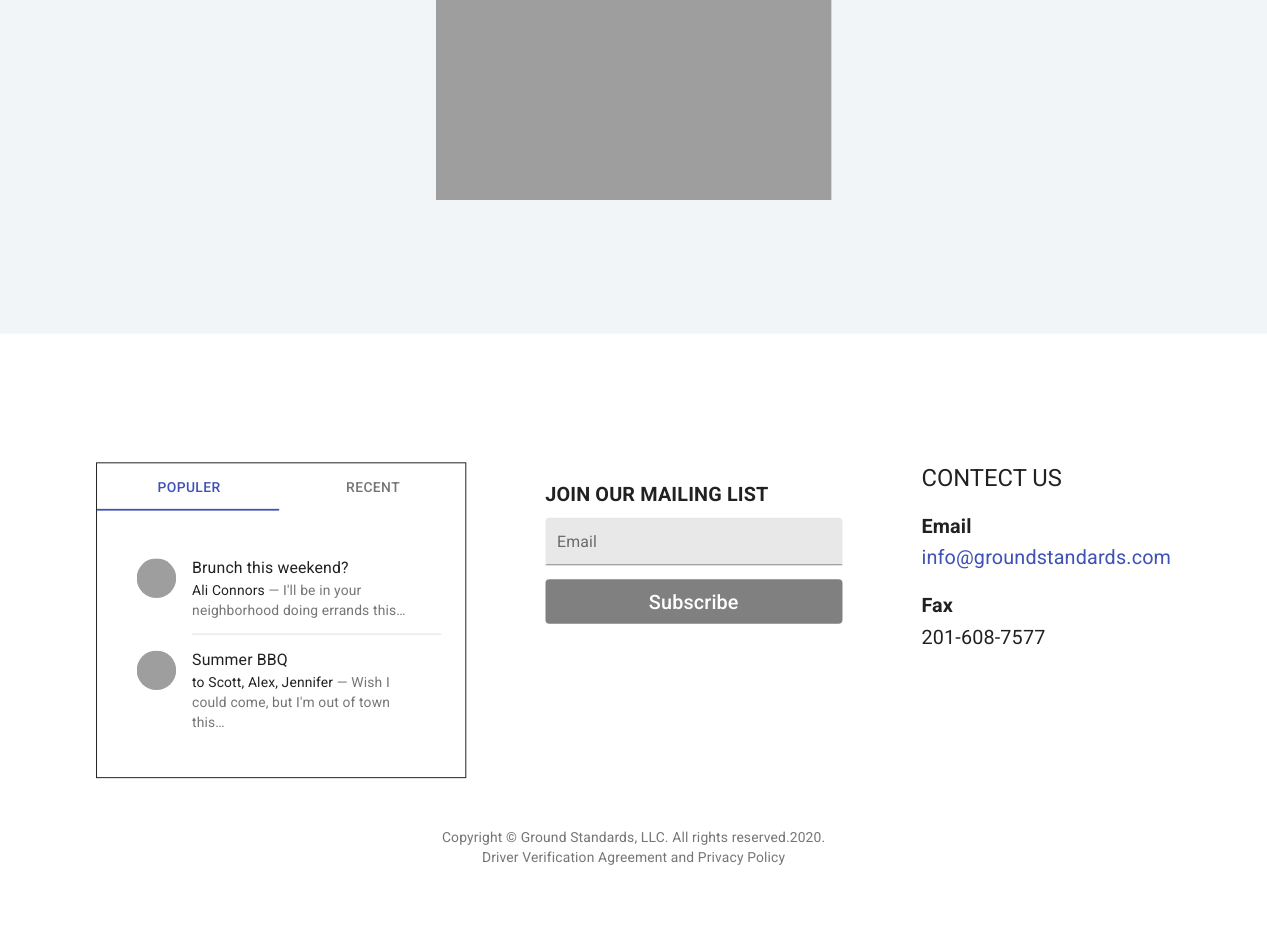
Repository: vinuvish/groundstandards_react
Page: /ourSolution
The author's editor kept a copy of each file at every save. The page is drawn from the files as they stood at one save, then again after the next save.
The browser window is 1280 px wide. The pictures show the part of the page from y = 300 to 1256 px (the page is 1256 px tall), at 99% of full size.
Pictures or frames that could not be fetched are drawn as grey boxes. The page's requests for data from a server got no answer. The project was rebuilt for these pictures with package versions that can differ from the ones it lists, and the page was loaded fresh each time. No one was signed in, and anything a server would have sent is missing. Also part of the build but not shown: src/pages/app/NotFoundPage.tsx, src/pages/app/SignUpPage.tsx, src/pages/app/AboutPage.tsx, src/pages/app/OurPartnerPage.tsx, src/pages/app/ResourcePage.tsx, src/pages/app/PressPage.tsx, src/pages/app/BlockPage.tsx, src/pages/app/ContactPage.tsx and 4 more. Imported but missing from the stored project, and not drawn on this page: src/assets/video/video-2.mp4.

Above is the page before, as saved 2020-12-02 22:53:01.

### public/index.html
<!DOCTYPE html>
<html lang="en">
  <head>
    <meta charset="utf-8" />
    <link rel="icon" href="%PUBLIC_URL%/favicon.png" />
    <meta name="viewport" content="width=device-width, initial-scale=1" />
    <meta name="theme-color" content="#000000" />
    <meta name="description" content="Web site created using create-react-app" />
    <link rel="apple-touch-icon" href="%PUBLIC_URL%/logo192.png" />
    <link rel="stylesheet" href="https://fonts.googleapis.com/css?family=Roboto:300,400,500,700&display=swap" />
    <link rel="stylesheet" href="https://fonts.googleapis.com/icon?family=Material+Icons" />
    <!--
      manifest.json provides metadata used when your web app is installed on a
      user's mobile device or desktop. See https://developers.google.com/web/fundamentals/web-app-manifest/
    -->
    <link rel="manifest" href="%PUBLIC_URL%/manifest.json" />
    <!--
      Notice the use of %PUBLIC_URL% in the tags above.
      It will be replaced with the URL of the `public` folder during the build.
      Only files inside the `public` folder can be referenced from the HTML.

      Unlike "/favicon.ico" or "favicon.ico", "%PUBLIC_URL%/favicon.ico" will
      work correctly both with client-side routing and a non-root public URL.
      Learn how to configure a non-root public URL by running `npm run build`.
    -->
    <title>Ground Standard</title>
  </head>
  <body>
    <noscript>You need to enable JavaScript to run this app.</noscript>
    <div id="root"></div>
    <!--
      This HTML file is a template.
      If you open it directly in the browser, you will see an empty page.

      You can add webfonts, meta tags, or analytics to this file.
      The build step will place the bundled scripts into the <body> tag.

      To begin the development, run `npm start` or `yarn start`.
      To create a production bundle, use `npm run build` or `yarn build`.
    -->
  </body>
</html>

### src/App.tsx
import { CssBaseline, MuiThemeProvider, StylesProvider } from '@material-ui/core';
import { SnackbarProvider } from 'notistack';
import React from 'react';
import { theme } from './app_utils/MuiTheme';
import AppRouterRoutes from './AppRoutes';
import { useAppStore } from './models_stores/appStore';

function App() {
  const streamAuthUser = useAppStore((state) => state.streamAuthUser);
  const streamProducts = useAppStore((state) => state.streamDocuments);
  const streamCategories = useAppStore((state) => state.streamNotifications);
  const streamUsers = useAppStore((state) => state.streamUsers);

  React.useEffect(() => {
    streamAuthUser();
    streamCategories();
    streamUsers();
    streamProducts();
  }, []); // eslint-disable-line

  return (
    <SnackbarProvider maxSnack={3} anchorOrigin={{ vertical: 'bottom', horizontal: 'right' }}>
      <MuiThemeProvider theme={theme}>
        <CssBaseline />
        <StylesProvider injectFirst>
          <AppRouterRoutes></AppRouterRoutes>
        </StylesProvider>
      </MuiThemeProvider>
    </SnackbarProvider>
  );
}

export default App;

### src/app_utils/MuiTheme.tsx
import { createMuiTheme } from '@material-ui/core/styles';
import { BreakpointOverrides } from '@material-ui/core/styles/createBreakpoints';
import { Shadows } from '@material-ui/core/styles/shadows';

declare module '@material-ui/core/styles/createBreakpoints' {
  interface BreakpointOverrides {
    xs: true;
    sm: true;
    md: true;
    lg: true;
    xl: true;
    tablet: true;
    laptop: true;
    desktop: true;
  }
}

export const theme = createMuiTheme({
  breakpoints: {
    values: { xs: 0, sm: 600, md: 960, lg: 1280, xl: 1920, tablet: 400, laptop: 900, desktop: 1200 }
  },

  shadows: Array(25).fill('none') as Shadows,

  props: {
    MuiInput: { disableUnderline: true },
    MuiButton: { disableElevation: true },
    MuiButtonBase: { disableRipple: true },
    MuiPaper: { elevation: 0 },
    MuiCard: { elevation: 0 },
    MuiDivider: { color: 'white' },
    MuiOutlinedInput: {}
  },
  overrides: {
    MuiPaper: {
      root: {
        elevation: 0
      }
    },
    MuiCard: {
      root: {
        elevation: 0
      }
    },
    MuiButton: {
      root: {
        textTransform: 'capitalize'
      }
    }
  },
  palette: {
    background: {
      default: '#F2F5F7'
    }
  }
});

export const breakpoint = {
  xs: `(min-width: 0px)`,
  sm: `(min-width: 576px)`,
  md: `(min-width: 768px)`,
  lg: `(min-width: 992px)`,
  xl: `(min-width: 1200px)`
};

### src/AppRoutes.tsx
import { Container, createStyles, Grid, makeStyles, Theme } from '@material-ui/core';
import React from 'react';
import { Route, Router, Switch } from 'react-router-dom';
import ZAppBar from './components/ZAppBar';
import ZAppBarDrawer from './components/ZAppBarDrawer';
import NotFoundPage from './pages/app/NotFoundPage';
import SignUpPage from './pages/app/SignUpPage';
import history from './app_utils/History';
import AboutPage from './pages/app/AboutPage';
import OurSolutionPage from './pages/app/OurSolutionPage';
import OurPartnerPage from './pages/app/OurPartnerPage';
import ResourcePage from './pages/app/ResourcePage';
import PressPage from './pages/app/PressPage';
import BlockPage from './pages/app/BlockPage';
import ContactPage from './pages/app/ContactPage';
import AppHomePage from './pages/app/AppHomePage';
import ZFooter from './components/ZFooter';

const AppRouterRoutes = () => {
  const classes = useStyles();

  return (
    <Router history={history}>

      <ZAppBar />
      <Switch>{[AppRoutes]}</Switch>
      <ZFooter />
    </Router>


  );
};


const AppRoutes = [
  <Route exact path='/' component={AppHomePage} />,
  <Route exact path='/aboutUs' component={AboutPage} />,
  <Route exact path='/signUp' component={SignUpPage} />,
  <Route exact path='/ourSolution' component={OurSolutionPage} />,
  <Route exact path='/ourPartner' component={OurPartnerPage} />,
  <Route exact path='/resource' component={ResourcePage} />,
  <Route exact path='/press' component={PressPage} />,
  <Route exact path='/blog' component={BlockPage} />,
  <Route exact path='/contact' component={ContactPage} />,
  <Route component={NotFoundPage} />
];

const useStyles = makeStyles((theme: Theme) =>
  createStyles({
    grid: {
      display: 'flex'
    },
    containerAuthenticated: {
      margin: 'auto',
      marginTop: 68,
      padding: 20,
      width: `calc(100% - 240px)`,
      [theme.breakpoints.down('md')]: {
        width: '100%'
      }
    },
    containerUnauthenticated: {}
  })
);

export default AppRouterRoutes;

### src/models_stores/appStore.ts
import { mountStoreDevtool } from 'simple-zustand-devtools';
import create from 'zustand';
import { fireAuth, fireFirestore } from '../firebase/firebase';
import { AuthUser } from '../models/AuthUserModel';
import { DocumentModel } from '../models/DocumentModel';
import { NotificationModel } from '../models/NotificationModel';

type State = {
  documents: DocumentModel[];
  streamDocuments: () => void;

  notifications: NotificationModel[];
  streamNotifications: () => void;

  users: AuthUser[];
  streamUsers: () => void;

  isInitializing?: boolean;
  authUser: AuthUser | null;
  streamAuthUser: () => void;
};

export const useAppStore = create<State>((set, get) => ({
  /* ------------------------------ NOTE AUTHUSER ----------------------------- */
  isInitializing: true,
  authUser: null,

  streamAuthUser: () => {
    fireAuth.onAuthStateChanged(async (user) => {
      if (user) {
        const query = await fireFirestore.collection('users').doc(user.uid).get();

        const authUser = AuthUser.fromFirestore(query);

        set((state) => {
          return { ...state, authUser: authUser, isInitializing: false };
        });
      } else {
        set((state) => {
          return { ...state, authUser: null, isInitializing: false };
        });
      }
    });
  },

  /* ------------------------------ NOTE Users ----------------------------- */
  users: [],

  streamUsers: () => {
    if (get().users.length === 0)
      fireFirestore.collection('users').onSnapshot((querySnapshot: firebase.firestore.QuerySnapshot<firebase.firestore.DocumentData>) => {
        let users: AuthUser[] = [];
        querySnapshot.docs.forEach((docSnapshot) => {
          const res = AuthUser.fromFirestore(docSnapshot);
          if (res) users.push(res);
        });

        set((state) => {
          return { ...state, users: users };
        });
      });
  },
  /* ------------------------------ NOTE PRODUCTS ----------------------------- */
  documents: [],

  streamDocuments: () => {
    if (get().documents.length === 0)
      fireFirestore
        .collection('documents')
        .limit(200)
        .onSnapshot((querySnapshot: firebase.firestore.QuerySnapshot<firebase.firestore.DocumentData>) => {
          let documents: DocumentModel[] = [];

          querySnapshot.docs.forEach((docSnapshot) => {
            const res = DocumentModel.fromFirestore(docSnapshot);
            if (res) documents.push(res);
          });

          set((state) => {
            return { ...state, documents: documents };
          });
        });
  },

  notifications: [],
  streamNotifications: () => {
    if (get().notifications.length === 0)
      fireFirestore.collection('notifications').onSnapshot((querySnapshot: firebase.firestore.QuerySnapshot<firebase.firestore.DocumentData>) => {
        let notifications: NotificationModel[] = [];

        querySnapshot.docs.forEach((docSnapshot) => {
          const res = NotificationModel.fromFirestore(docSnapshot);
          if (res) notifications.push(res);
        });

        set((state) => {
          return { ...state, notifications: notifications };
        });
      });
  }
}));

if (process.env.NODE_ENV === 'development') {
  mountStoreDevtool('Store', useAppStore);
}

### src/app_utils/History.tsx
import { createBrowserHistory } from 'history';
export default createBrowserHistory({});

### src/pages/app/OurSolutionPage.tsx
import * as React from 'react';
import { makeStyles, Theme } from '@material-ui/core/styles';
import { Box, Grid, Typography } from '@material-ui/core';

interface Props { }

const OurSolutionPage: React.FC<Props> = () => {
    const classes = useStyles();
    return (
        <div className={classes.root}>
            <Grid container className={classes.grid} direction='column'>
                <Grid item xs={12}>
                    <Typography variant="h2">
                        <Box fontWeight={600} justifyContent='center' >
                            THE #1 SOLUTION
               </Box>
                    </Typography>
                </Grid>

                <Grid item xs={12}>
                    <div>
                        <img src='http://groundstandards.com/wp-content/uploads/compliance.png'></img>

                    </div>

                </Grid>
            </Grid>

        </div>


    );
};

const useStyles = makeStyles((theme: Theme) => ({
    root: {
        width: '100vW',
        padding: theme.spacing(10, 20),
    }, grid: {
        padding: '50px',
        justifyContent: 'center',
        alignItems: 'center',
    },
}));

OurSolutionPage.defaultProps = {};

export default OurSolutionPage;

### src/firebase/firebase.tsx
import firebase from 'firebase/app';
import 'firebase/firestore';
import 'firebase/auth';
import 'firebase/storage';

const firebaseConfig = {
  apiKey: 'AIzaSyBWf1JYtcld5rEhou2YyANxAtl20AylP80',
  authDomain: 'groundstandards-8a1dd.firebaseapp.com',
  databaseURL: 'https://groundstandards-8a1dd.firebaseio.com',
  projectId: 'groundstandards-8a1dd',
  storageBucket: 'groundstandards-8a1dd.appspot.com',
  messagingSenderId: '137110708999',
  appId: '1:137110708999:web:ab0b42be7878425a805ba2',
  measurementId: 'G-V8H0LZB9DH'
};

if (!firebase.apps.length) firebase.initializeApp(firebaseConfig);

const firestore = firebase.firestore();
const auth = firebase.auth();

export { firebase as fireFirebase, firestore as fireFirestore, auth as fireAuth };

### src/models/AuthUserModel.ts
export class AuthUser implements IAuthUser {
  email: string;
  firstName: string;
  id: string;
  lastName: string;
  isActive: boolean;
  isAdmin: boolean;
  timestampAdded: Date;
  timestampLastLogin: Date;

  constructor(x: IAuthUser) {
    this.email = x.email;
    this.firstName = x.firstName;
    this.id = x.id;
    this.lastName = x.lastName;
    this.isActive = x.isActive;
    this.isAdmin = x.isAdmin;
    this.timestampAdded = x.timestampAdded;
    this.timestampLastLogin = x.timestampLastLogin;
  }

  static fromFirestore(doc: firebase.firestore.DocumentSnapshot<firebase.firestore.DocumentData>): AuthUser | null {
    const data = doc.data();
    if (!data) return null;

    return new AuthUser({
      email: data['email'] ?? '',
      firstName: data['firstName'] ?? '',
      id: doc.id,
      lastName: data['lastName'] ?? '',
      isActive: data['isActive'] ?? true,
      isAdmin: data['isAdmin'] ?? false,
      timestampAdded: data['timestampAdded']?.toDate() ?? new Date(),
      timestampLastLogin: data['timestampLastLogin']?.toDate() ?? new Date()
    });
  }

  getFullName(): string {
    return `${this.firstName} ${this.lastName}`;
  }
}

interface IAuthUser {
  email: string;
  firstName: string;
  id: string;
  lastName: string;
  isActive: boolean;
  isAdmin: boolean;
  timestampAdded: Date;
  timestampLastLogin: Date;
}
export interface IAuthUserRegister {
  email: string;
  firstName: string;
  lastName: string;
  password: string;
  isAdmin: boolean;
}

export interface IAuthUserUpdate {
  id: string;
  firstName: string;
  lastName: string;
  isActive: boolean;
  isAdmin: boolean;
}

### src/models/NotificationModel.ts
export class NotificationModel implements IEventModel {
  body: string;
  title: string;
  linkUrl: string;
  id: string;
  timestampAdded: Date;

  constructor(x: IEventModel) {
    {
      this.id = x.id;
      this.linkUrl = x.linkUrl;
      this.body = x.body;
      this.timestampAdded = x.timestampAdded;
      this.title = x.title;
    }
  }

  static fromFirestore(doc: firebase.firestore.DocumentSnapshot<firebase.firestore.DocumentData>): NotificationModel | null {
    const data = doc.data();
    if (!data) return null;
    return new NotificationModel({
      body: data['body'] ?? '',
      id: doc.id,
      linkUrl: data['linkUrl'] ?? '',
      timestampAdded: data['timestampAdded']?.toDate() ?? Date.now(),
      title: data['title'] ?? ''
    });
  }
}

interface IEventModel {
  body: string;
  title: string;
  linkUrl: string;
  id: string;
  timestampAdded: Date;
}

### src/components/ZTextFromField.tsx
import * as React from 'react';
import { makeStyles, TextField, Theme } from '@material-ui/core';
import { Controller, FieldError, Control } from 'react-hook-form';

interface Props {
  label: string;
  defaultValue?: string;
  className?: string;
  control: Control;
  error?: FieldError | undefined;
  name: string;
  rules?: any;
  rows?: number;
  type?: string;
  disabled?: boolean;
  variant?: 'standard' | 'filled' | 'outlined' | undefined;
}

const ZTextFormField: React.FC<Props> = ({ label, defaultValue, className, control, name, rules, rows, type, variant, error, disabled }) => {
  const classes = useStyles();
  return (
    <div key={name} className={className}>
      <Controller
        key={name}
        as={
          <TextField
            InputProps={{
              classes: { root: classes.root }
            }}
            disabled={disabled ?? false}
            name={name}
            error={error?.message ? true : false}
            helperText={error?.message ? error.message : undefined}
            fullWidth
            margin='dense'
            multiline={type ? false : true}
            rows={type ? undefined : rows}
            type={type}
            variant={(variant ?? 'outlined') as any}
          />
        }
        rules={rules ?? { required: 'This field is required' }}
        autoComplete='false'
        label={label}
        name={name}
        control={control}
        defaultValue={defaultValue ?? ''}
      />
    </div>
  );
};

const useStyles = makeStyles((theme: Theme) => ({
  root: {
    borderRadius: '4px'
  }
}));

ZTextFormField.defaultProps = {};

export default ZTextFormField;

// rules={register({
//             required: true,
//             pattern: {
//               value: /^[A-Z0-9._%+-]+@[A-Z0-9.-]+\.[A-Z]{2,}$/i,
//               message: 'Invalid email address',
//             },
//           })}

### src/components/ZTabPanal.tsx
import { Box, Typography } from '@material-ui/core';
import React from 'react';


interface Props {
    children?: React.ReactNode;
    dir?: string;
    index: any;
    value: any;
}

const ZTabPanal: React.FC<Props> = ({ children, value, index, ...other }) => {

    return (
        <Box borderTop={0} >
            <div
                role="tabpanel"
                hidden={value !== index}
                id={`full-width-tabpanel-${index}`}
                aria-labelledby={`full-width-tab-${index}`}
                {...other}>
                {value === index && (
                    <Box p={3}>
                        <Typography>{children}</Typography>
                    </Box>
                )}

            </div>
        </Box>
    );


}

ZTabPanal.defaultProps = {};

export default ZTabPanal;

### src/components/ZListCard.tsx
import { Box, createStyles, makeStyles, Theme } from '@material-ui/core';
import React from 'react';
import List from '@material-ui/core/List';
import ListItem from '@material-ui/core/ListItem';
import Divider from '@material-ui/core/Divider';
import ListItemText from '@material-ui/core/ListItemText';
import ListItemAvatar from '@material-ui/core/ListItemAvatar';
import Avatar from '@material-ui/core/Avatar';
import Typography from '@material-ui/core/Typography';

interface Props {
    children?: React.ReactNode;
    dir?: string;
    index: any;
    value: any;
}

const ZListCard = () => {
    const classes = useStyles();

    return (
        <>
            <List className={classes.root}>
                <ListItem alignItems="flex-start">
                    <ListItemAvatar>
                        <Avatar alt="Remy Sharp" src="/static/images/avatar/1.jpg" />
                    </ListItemAvatar>
                    <ListItemText
                        primary="Brunch this weekend?"
                        secondary={
                            <React.Fragment>
                                <Typography
                                    component="span"
                                    variant="body2"
                                    className={classes.inline}
                                    color="textPrimary"
                                >
                                    Ali Connors
                  </Typography>
                                {" — I'll be in your neighborhood doing errands this…"}
                            </React.Fragment>
                        }
                    />
                </ListItem>
                <Divider variant="inset" component="li" />
                <ListItem alignItems="flex-start">
                    <ListItemAvatar>
                        <Avatar alt="Travis Howard" src="/static/images/avatar/2.jpg" />
                    </ListItemAvatar>
                    <ListItemText
                        primary="Summer BBQ"
                        secondary={
                            <React.Fragment>
                                <Typography
                                    component="span"
                                    variant="body2"
                                    className={classes.inline}
                                    color="textPrimary"
                                >
                                    to Scott, Alex, Jennifer
                  </Typography>
                                {" — Wish I could come, but I'm out of town this…"}
                            </React.Fragment>
                        }
                    />
                </ListItem>

            </List>
        </>
    );

}

ZListCard.defaultProps = {};

export default ZListCard;
const useStyles = makeStyles((theme: Theme) =>
    createStyles({
        root: {
            width: '100%',
            maxWidth: '36ch',
            backgroundColor: theme.palette.background.paper,
        },
        inline: {
            display: 'inline',
        },
    }),
);

Loaded but not shown: src/index.tsx (common file); src/styles/index.css (common file); src/components/ZAppBar.tsx (209 lines, source omitted); src/components/ZFooter.tsx (169 lines, source omitted); src/models/DocumentModel.ts (144 lines, source omitted); src/components/ZAppBarDrawerTemp.tsx (129 lines, source omitted)

After the next save:
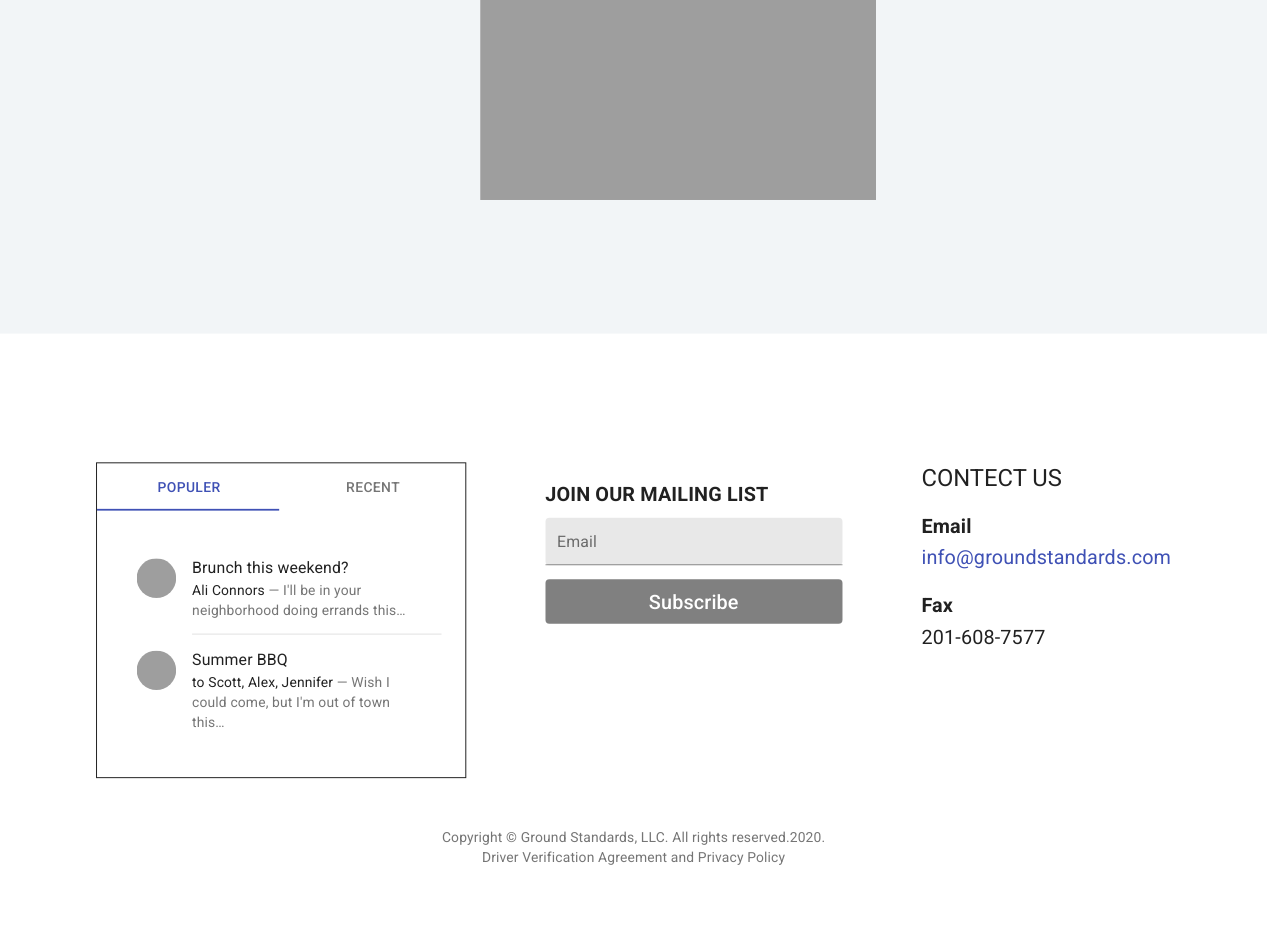
Saved 41 s later.
--- a/src/pages/app/OurSolutionPage.tsx
+++ b/src/pages/app/OurSolutionPage.tsx
@@ -18,7 +18,7 @@ const OurSolutionPage: React.FC<Props> = () => {
                 </Grid>
 
                 <Grid item xs={12}>
-                    <div>
+                    <div className={classes.image}>
                         <img src='http://groundstandards.com/wp-content/uploads/compliance.png'></img>
 
                     </div>
@@ -41,6 +41,13 @@ const useStyles = makeStyles((theme: Theme) => ({
         justifyContent: 'center',
         alignItems: 'center',
     },
+    image: {
+        maxWidth: 310,
+        transition: "transform 0.15s ease-in-out"
+    },
+    cardHovered: {
+        transform: "scale3d(1.05, 1.05, 1)"
+    }
 }));
 
 OurSolutionPage.defaultProps = {};
